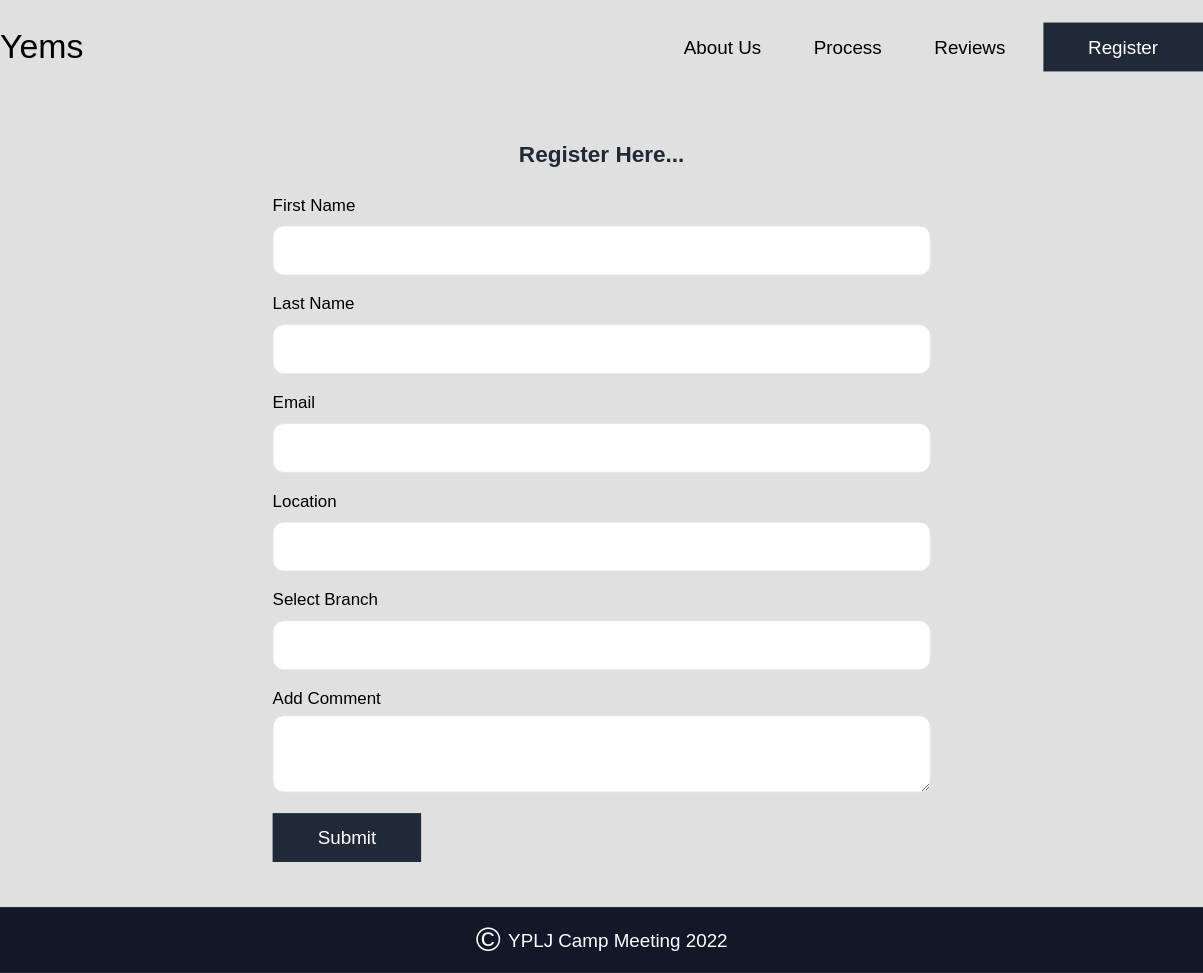
Repository: Ifenna-Pascal/user-camp-onboarding
Page: /register
The author's editor kept a copy of each file at every save. The page is drawn from the files as they stood at one save, then again after the next save.
The browser window is 1280 px wide. The pictures show the whole page, at 94% of full size.
Some web fonts or font styles are not loaded; a fallback is used. The project was rebuilt for these pictures with package versions that can differ from the ones it lists, and the page was loaded fresh each time. The framework's server and built-in components were replaced by stand-ins that run in the browser. Also part of the build but not shown: next.config.js.

Above is the page before, as saved 2022-11-18 07:19:08.

After the next save:
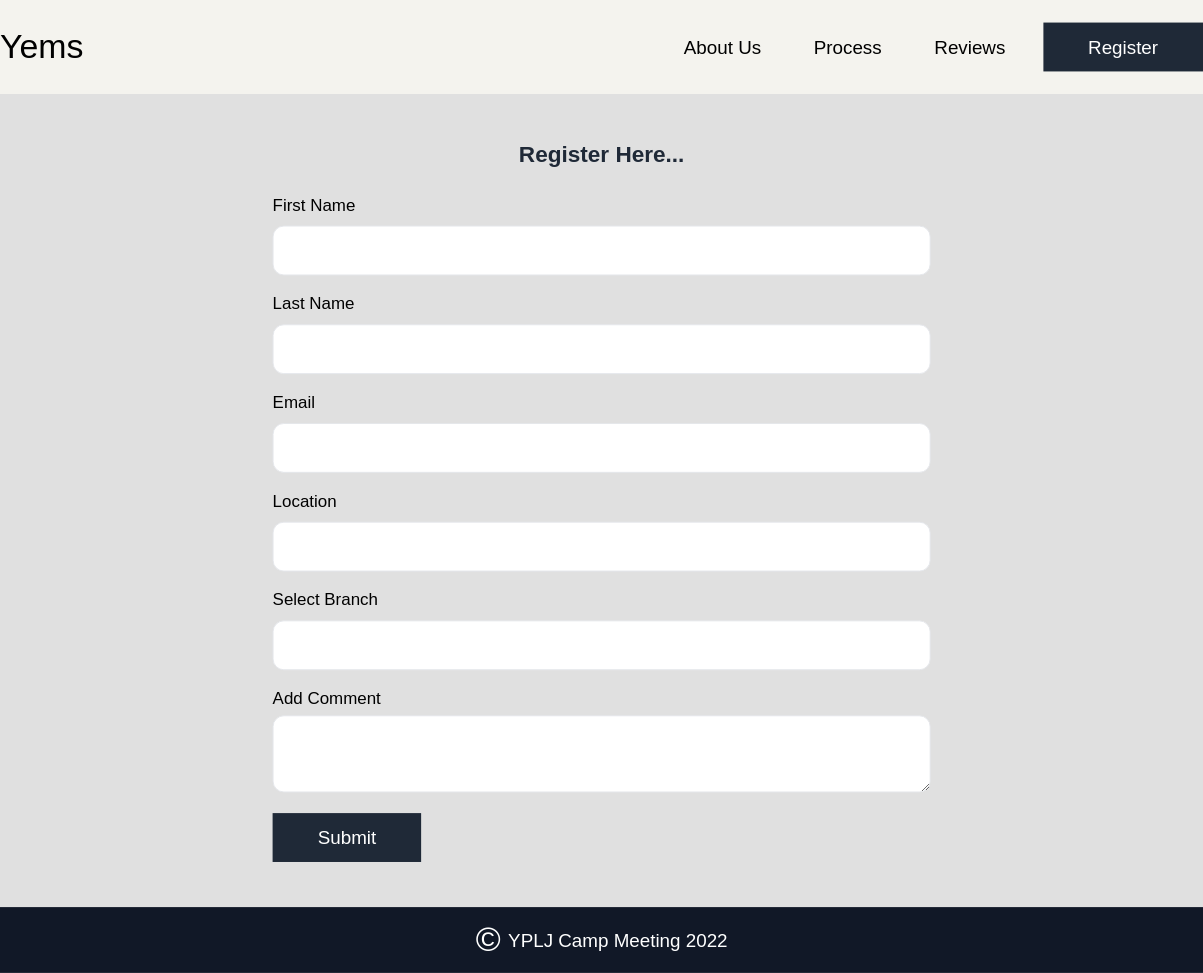
Saved 55 s later.
--- a/components/layout/Nav.jsx
+++ b/components/layout/Nav.jsx
@@ -9,7 +9,7 @@ function Nav() {
     setShow(!show);
   };
   return (
-    <div className="sticky top-0 mb-4 z-50 bg-[#e0e0e0]">
+    <div className="sticky top-0 mb-4 z-50 bg-[#f4f3ee]">
       <nav className="w-full py-6 flex items-center mx-4 lg:max-w-[1450px] lg:mx-auto justify-between">
         <Link href="/">
           {" "}
